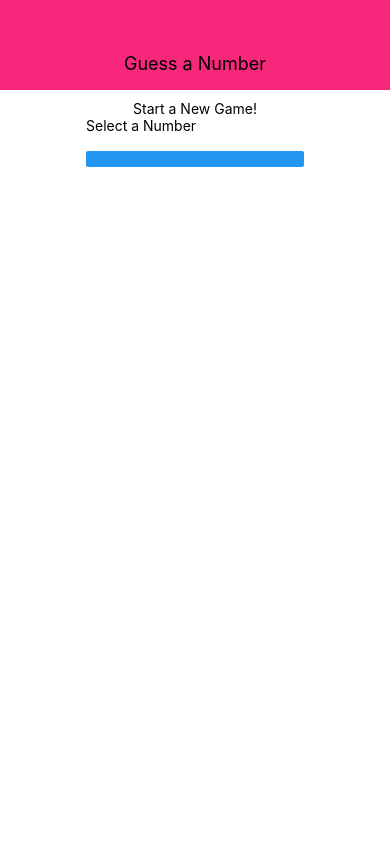
Repository: ChidiChuks/rn-second-project
Screen: / (app in second-project/)
An editor plug-in stored every save of this project. The screen is shown before and after the next save, followed by the edit.
The app was drawn by React Native's web renderer in a window 390 px wide. The project was rebuilt for these pictures with package versions that can differ from the ones it lists, and the page was loaded fresh each time.

Above is the screen before, as saved 2019-10-23 13:05:44.

### second-project/App.js
import React from 'react';
import { StyleSheet, View } from 'react-native';

import Header from './components/Header';
import StartGameScreen from './screens/StartGameScreen';

export default function App() {
  return (
    <View style={styles.screen}>
      <Header title="Guess a Number" />
      <StartGameScreen />
    </View>
  );
}

const styles = StyleSheet.create({
  screen: {
    flex: 1
  }
});

### second-project/components/Header.js
import React from 'react';
import { View, Text, StyleSheet } from 'react-native';

const Header = props => {
  return (
    <View style={styles.header}>
      <Text style={styles.headerTitle}>{props.title}</Text>
    </View>
  );
};

const styles = StyleSheet.create({
  header: {
    width: '100%',
    height: 90,
    paddingTop: 36,
    backgroundColor: '#f7287b',
    alignItems: 'center',
    justifyContent: 'center'
  },
  headerTitle: {
    color: 'black',
    fontSize: 18,

  }
});

export default Header;

### second-project/screens/StartGameScreen.js
import React from 'react';
import { View, Text, StyleSheet, TextInput, Button } from 'react-native';

const StartGameScreen = props => {
  return (
    <View style={styles.screen}>
      <Text>Start a New Game!</Text>
      <View>
        <Text>Select a Number</Text>
        <TextInput />
        <View>
          <Button />
        </View>
      </View>
    </View>
  );
};

const styles = StyleSheet.create({
  screen: {
    flex: 1,
    padding: 10,
    alignItems: 'center'
  }
});

export default StartGameScreen;

After the next save:
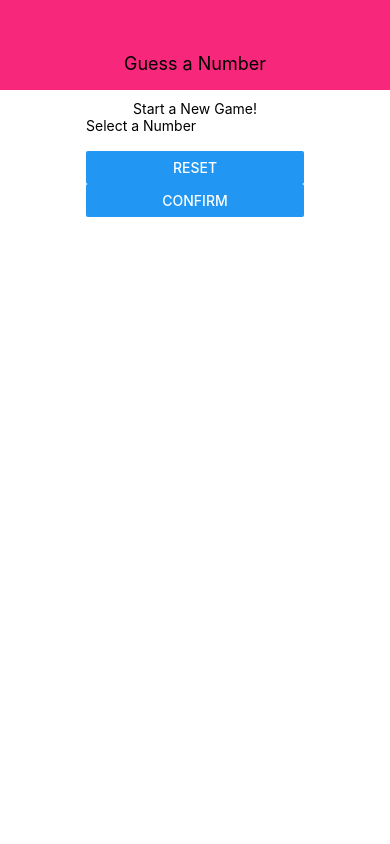
Saved 80 s later.
--- a/second-project/screens/StartGameScreen.js
+++ b/second-project/screens/StartGameScreen.js
@@ -9,7 +9,8 @@ const StartGameScreen = props => {
         <Text>Select a Number</Text>
         <TextInput />
         <View>
-          <Button />
+          <Button title="Reset" onPress={() => {}} />
+          <Button title="Confirm" onPress={() => {}} />
         </View>
       </View>
     </View>
